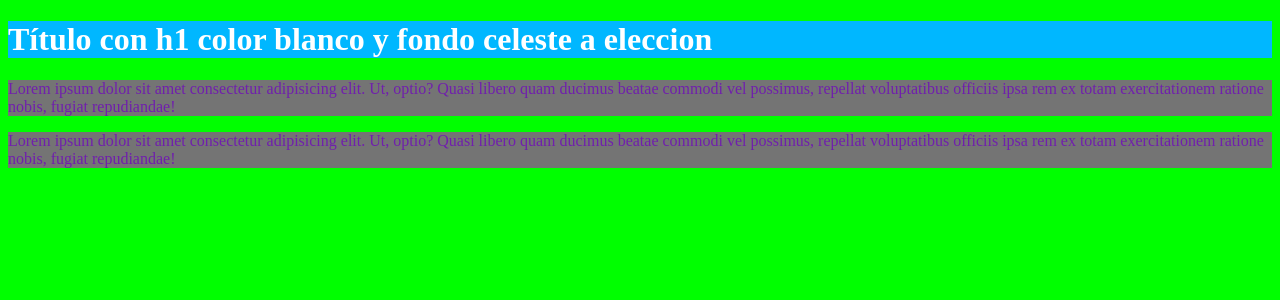
Repository: ScoggoDev/DesarrolloWeb
Page: tarea en equipo 1/tep1.html
These files come from the project's save history. The page is drawn as it stood at one moment and after the next save; the edit follows.
The browser window is 1280 px wide. The pictures show the whole page.

Above is the page before, as saved 2021-06-30 20:25:29.

### tarea en equipo 1/tep1.html
<!DOCTYPE html>
<html lang="es">
<head>
    <meta charset="UTF-8">
    <meta http-equiv="X-UA-Compatible" content="IE=edge">
    <meta name="viewport" content="width=device-width, initial-scale=1.0">

    <script src="main.js"></script>

     <!-- algunos estilos deben ir en un archivo separado llamado estilo, analiza cuales estilos pueden ir alli y porque-->
    <link rel="stylesheet" href="estilo.css" type="">
    <title></title>
</head>
<body> <!-- el color de fondo de todo el documento debe ser en tono verde a eleccion.
puedes investigar en google color pick code para seleccionar un color y obtener su codigo-->

    <h1>Título con h1 color blanco y fondo celeste a eleccion</h1>
    <p>Lorem ipsum dolor sit amet consectetur adipisicing elit. Ut, optio? Quasi libero quam ducimus beatae commodi vel possimus, repellat voluptatibus officiis ipsa rem ex totam exercitationem ratione nobis, fugiat repudiandae!</p>
    <p>Lorem ipsum dolor sit amet consectetur adipisicing elit. Ut, optio? Quasi libero quam ducimus beatae commodi vel possimus, repellat voluptatibus officiis ipsa rem ex totam exercitationem ratione nobis, fugiat repudiandae!</p>
    <!-- completar agregando  2 parrafos con texto lorem ipsum
     se puede encontrar en internet el primer parrafo, hacer dos con el mismo texto y mismo color
    - ****color de texto de codigo: #701fad y color de fondo gris a eleccion-->

    <!-- Ahora viene otro encabezado h1 pero de color de fondo en tono de naranja a eleccion y texto en azul a eleccion-->


</body>
</html>

### tarea en equipo 1/main.js
function saludar() {
    alert("Bienvenido/a a fase 2");
    alert("a comenzar!!!");
}

saludar();

### tarea en equipo 1/estilo.css
body{
    background-color: rgb(0, 255, 0);
}
h1{
    background-color: rgb(0, 183, 255);
    color: white

}
p{
    background-color: rgb(116, 116, 116);
    color: #701fad
}

After the next save:
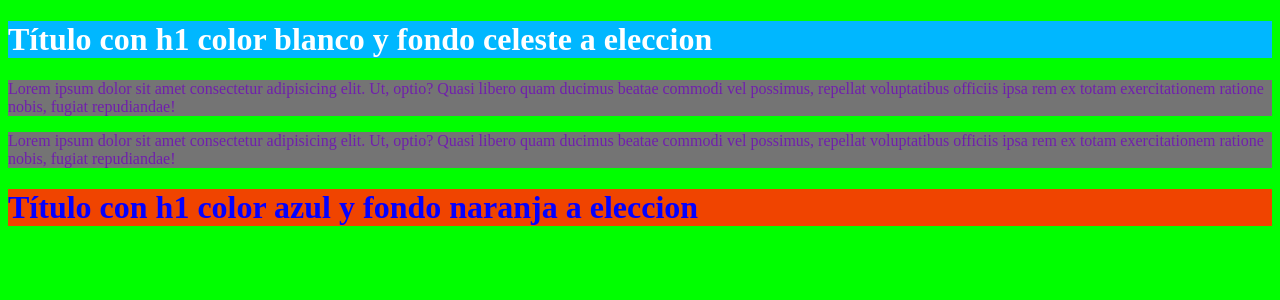
Saved 57 s later.
--- a/tarea en equipo 1/tep1.html
+++ b/tarea en equipo 1/tep1.html
@@ -17,6 +17,7 @@ puedes investigar en google color pick code para seleccionar un color y obtener
     <h1>Título con h1 color blanco y fondo celeste a eleccion</h1>
     <p>Lorem ipsum dolor sit amet consectetur adipisicing elit. Ut, optio? Quasi libero quam ducimus beatae commodi vel possimus, repellat voluptatibus officiis ipsa rem ex totam exercitationem ratione nobis, fugiat repudiandae!</p>
     <p>Lorem ipsum dolor sit amet consectetur adipisicing elit. Ut, optio? Quasi libero quam ducimus beatae commodi vel possimus, repellat voluptatibus officiis ipsa rem ex totam exercitationem ratione nobis, fugiat repudiandae!</p>
+    <h1 style="background-color: rgb(240, 68, 0); color: rgb(4, 0, 255)">Título con h1 color azul y fondo naranja a eleccion</h1>
     <!-- completar agregando  2 parrafos con texto lorem ipsum
      se puede encontrar en internet el primer parrafo, hacer dos con el mismo texto y mismo color
     - ****color de texto de codigo: #701fad y color de fondo gris a eleccion-->
